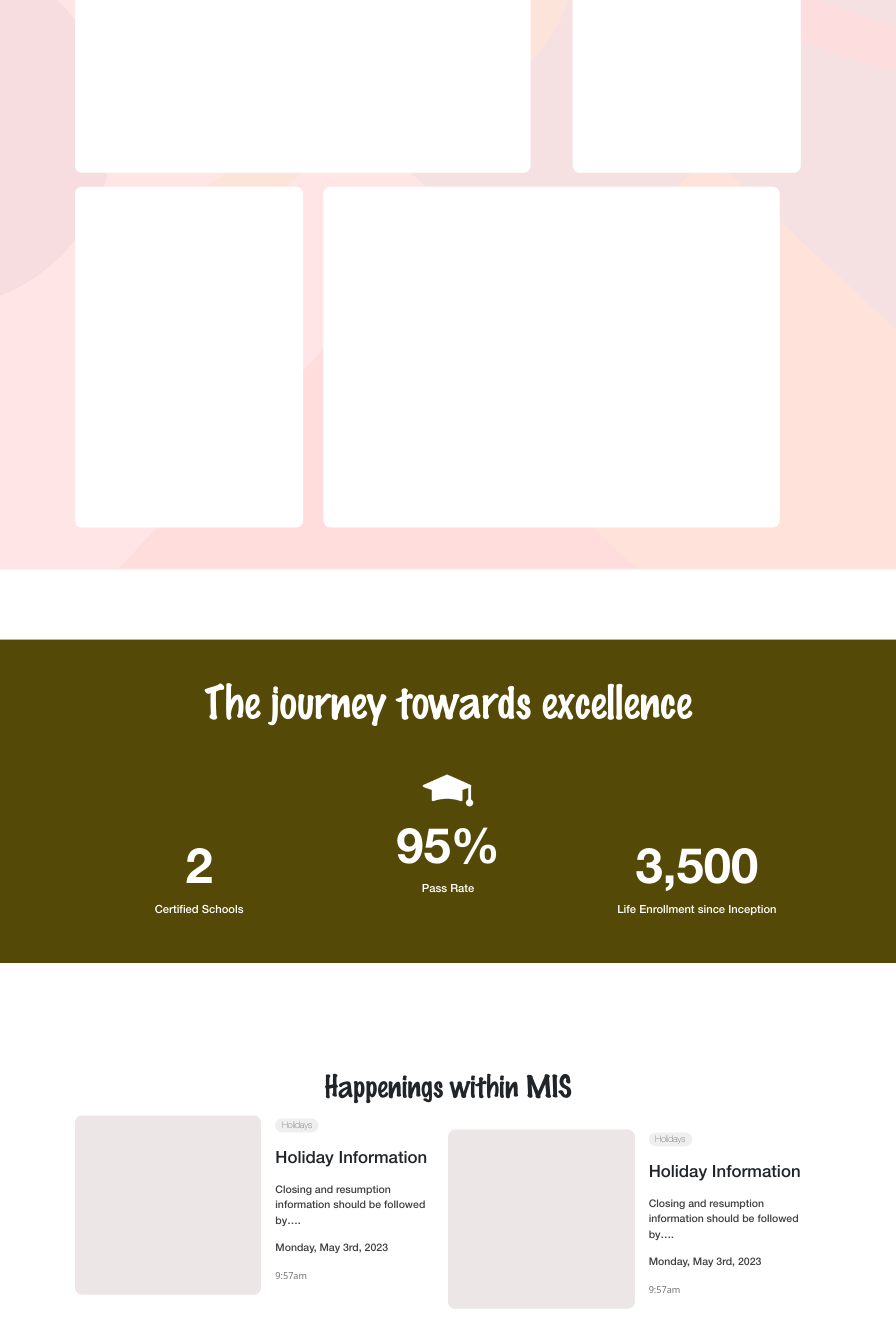
Repository: sarahnnanyelugo/MIGS
Page: /
The author's editor kept a copy of each file at every save. The page is drawn from the files as they stood at one save, then again after the next save.
The browser window is 1280 px wide. The pictures show the part of the page from y = 3144 to 5064 px (the page is 5064 px tall before and 5054 px after), at 70% of full size.
The project was rebuilt for these pictures with package versions that can differ from the ones it lists, and the page was loaded fresh each time.

Above is the page before, as saved 2023-05-30 13:49:55.

### src/App.scss
@font-face {
  font-family: maker;
  src: url(./assets/fonts/marker-felt/Marker-Felt.ttf);
}
@font-face {
  font-family: helveticaB;
  src: url(./assets/fonts/helvetica/HelveticaNeueBold.ttf);
}
@font-face {
  font-family: helveticaM;
  src: url(./assets/fonts/helvetica/HelveticaNeueMedium.ttf);
}
@font-face {
  font-family: helveticaR;
  src: url(./assets/fonts/helvetica/HelveticaNeueRegular.ttf);
}

h1,
h2,
h3,
h4,
h5,
h6 {
  font-family: maker;
}

### src/pages/Home/Home.js
import React from "react";
import { AppModal } from "../../components/AppModal/AppModal";
import LandingImg from "../../assets/images/table.jpeg";
import Grad from "../../assets/images/grad.png";
import "./home.scss";
import CountUp from "react-countup";
import { Link } from "react-router-dom";

function Home() {
  return (
    <>
      <div className="col-md-12 landing-img">
        {/* <img
          className="tech-logo"
          src={LandingImg}
          alt="Scholar"
          width="100%"
        />{" "} */}
        <div className="centered col-md-5 offset-md-1">
          <h1>Excellence is our birthright</h1>
        </div>
      </div>
      <center>
        <div className="col-md-12 welcome-div">
          <div className="col-md-7 welcome-header mtt">
            <h1>Welcome to Montessori International Group of Schools</h1>
          </div>
          <div className="col-md-5 mt3 welcome-paragraph">
            <p>
              {" "}
              On behalf of the Management and staff of Montessori International
              School, we welcome you to our website. We are grateful for another
              opportunity to offer you our best and are dedicated to ensuring
              that your child grows up balanced in all endeavours of life and
              not just academically.
            </p>
          </div>
        </div>
      </center>

      <div className="col-md-10 offset-md-1 section-div">
        <center>
          <h1>Our School Sections</h1>
        </center>
        <div className="col-md-12 flexy">
          <div className="col-md-4">
            <div className="col-md-11 sections-container early-years">
              {/* <img
          className="tech-logo"
          src={LandingImg}
          alt="Scholar"
          width="100%"
        />{" "} */}
              <div class="bottom-left col-md-1">
                <h2>Early Years</h2>
              </div>
            </div>
          </div>{" "}
          <div className="col-md-4">
            <div className="col-md-11 sections-container primary">
              {/* <img
          className="tech-logo"
          src={LandingImg}
          alt="Scholar"
          width="100%"
        />{" "} */}
              <div class="bottom-left col-md-1">
                {" "}
                <h2>Primary School</h2>
              </div>
            </div>
          </div>{" "}
          <div className="col-md-4">
            <div className="col-md-11 sections-container special ">
              {/* <img
          className="tech-logo"
          src={LandingImg}
          alt="Scholar"
          width="100%"
        />{" "} */}
              <div class="bottom-left col-md-1">
                {" "}
                <h2>Special Education</h2>
              </div>
            </div>
          </div>
        </div>
      </div>
      <div className="col-md-8 offset-md-3 flexy">
        <div className="col-md-5">
          <div className="col-md-11 sections-container junior ">
            {/* <img
          className="tech-logo"
          src={LandingImg}
          alt="Scholar"
          width="100%"
        />{" "} */}
            <div class="bottom-left col-md-1">
              {" "}
              <h2>Special Education</h2>
            </div>
          </div>
        </div>
        <div className="col-md-5">
          <div className="col-md-11 sections-container senior ">
            {/* <img
          className="tech-logo"
          src={LandingImg}
          alt="Scholar"
          width="100%"
        />{" "} */}
            <div class="bottom-left col-md-1">
              {" "}
              <h2>Special Education</h2>
            </div>
          </div>
        </div>
      </div>
      <div className="col-md-12 birthright-div">
        <center>
          <div className="col-md-6">
            <h1>
              Excellence is our<span>BIRTHRIGHT</span>
            </h1>
            <p>
              On behalf of the Management and staff of Montessori International
              School, we welcome you to our website. We are grateful for another
              opportunity to offer you our best and are dedicated to ensuring
              that your child grows up balanced in all endeavours of life and
              not just academically.
            </p>
          </div>
        </center>
        <div className="col-md-10 offset-md-1 flexy">
          <div className="col-md-8 ">
            <div className="col-md-11 img-div">
              {" "}
              {/* <img
          className="tech-logo"
          src={LandingImg}
          alt="Scholar"
          width="100%"
        />{" "} */}
            </div>
          </div>{" "}
          <div className="col-md-4 ">
            <div className="col-md-11 img-div">
              {" "}
              {/* <img
          className="tech-logo"
          src={LandingImg}
          alt="Scholar"
          width="100%"
        />{" "} */}
            </div>
          </div>
        </div>{" "}
        <div className="col-md-10 offset-md-1 flexy mt2">
          {" "}
          <div className="col-md-4 ">
            <div className="col-md-11 img-div">
              {" "}
              {/* <img
          className="tech-logo"
          src={LandingImg}
          alt="Scholar"
          width="100%"
        />{" "} */}
            </div>
          </div>
          <div className="col-md-8 ">
            <div className="col-md-11 img-div">
              {" "}
              {/* <img
          className="tech-logo"
          src={LandingImg}
          alt="Scholar"
          width="100%"
        />{" "} */}
            </div>
          </div>{" "}
        </div>
      </div>
      <div className="col-md-12 stats-div">
        <center>
          <h1>The journey towards excellence</h1>
        </center>
        <div className="col-md-10 offset-md-1 flexy">
          {" "}
          <div className="col-md-4 mtt stats">
            <center>
              {" "}
              <h1>
                {" "}
                <CountUp
                  start={0}
                  end={2}
                  duration={3}
                  decimal=""
                  prefix=" "
                  suffix=""
                  enableScrollSpy={true}
                />
              </h1>
              <p>Certified Schools</p>
            </center>
          </div>{" "}
          <div className="col-md-4 mt5 stats">
            <center>
              <img className="tech-logo" src={Grad} alt="Scholar" width="20%" />{" "}
              <h1>
                {" "}
                <CountUp
                  start={0}
                  end={95}
                  duration={3}
                  decimal=""
                  prefix=" "
                  suffix="%"
                  enableScrollSpy={true}
                />
              </h1>
              <p>Pass Rate</p>
            </center>
          </div>{" "}
          <div className="col-md-4 mtt stats">
            <center>
              {" "}
              <h1>
                {" "}
                <CountUp
                  start={0}
                  end={3500}
                  duration={3}
                  decimal=""
                  prefix=" "
                  suffix=""
                  enableScrollSpy={true}
                />
              </h1>
              <p>Life Enrollment since Inception</p>
            </center>
          </div>
        </div>
      </div>
      <div className="col-md-10 offset-md-1 news-div mtt">
        <center>
          <h1>Happenings within MIS</h1>
        </center>
        <div className="flexy mt2">
          <div className="col-md-6 flexy">
            <div className="col-md-6 img-div2"></div>
            <div className="col-md-6 news-details">
              <button className="holidays">Holidays</button>
              <h4>Holiday Information</h4>
              <Link className="normal-link" to={"/"}>
                <p>
                  Closing and resumption information should be followed by….
                </p>
              </Link>
              <p>Monday, May 3rd, 2023</p>
              <small>9:57am</small>
            </div>
          </div>
          <div className="col-md-6 flexy mt2">
            <div className="col-md-6 img-div2"></div>
            <div className="col-md-6 news-details">
              <button className="events">Holidays</button>
              <h4>Holiday Information</h4>
              <Link className="normal-link" to={"/"}>
                <p>
                  Closing and resumption information should be followed by….
                </p>
              </Link>
              <p>Monday, May 3rd, 2023</p>
              <small>9:57am</small>
            </div>
          </div>
        </div>
      </div>
      <div>
        <AppModal />
      </div>
    </>
  );
}

export default Home;

### src/components/NavBar/NavBar.jsx
import React, { useEffect, useState, useRef } from "react";
import { Link, NavLink } from "react-router-dom";
import "./_navbar.scss";
import { useLocation } from "react-router-dom";
// import Icofont from "react-icofont";
import Logo from "../../assets/images/logo2.png";

function NavBar() {
  return (
    <>
      <div className="nav-container col-md-10 offset-md-1">
        {" "}
        <div className=" col-md-1 tech-logo-div">
          {" "}
          <img className="tech-logo" src={Logo} alt="Scholar" width="60%" />
        </div>
        <ul className="list-inline list-unstyled ">
          <li className="list-inline-item">
            <NavLink className="tech-links cool-link" to={"/"}>
              About
            </NavLink>
          </li>
          <li className="list-inline-item">
            <NavLink className="tech-links cool-link">Admission</NavLink>
          </li>
          <li className="list-inline-item">
            <NavLink className="tech-links cool-link">Academics</NavLink>
          </li>
          <li className="list-inline-item">
            <NavLink className="tech-links cool-link">IEC</NavLink>
          </li>{" "}
          <li className="list-inline-item">
            <NavLink className="tech-links cool-link">E-shop</NavLink>
          </li>
          <li className="list-inline-item">
            <NavLink className="tech-links cool-link">Gallery</NavLink>
          </li>
          <li className="list-inline-item">
            <button className="nav-btn">e-portal</button>
          </li>
        </ul>
      </div>
    </>
  );
}

export default NavBar;

### src/pages/Home/home.scss
@import "../../variables";
@import "../../shared-styles";
.landing-img {
  position: relative;
  text-align: left;
  color: #fff;
  height: 800px;
  background-color: grey;
}
.centered {
  position: absolute;
  top: 50%;
  left: 20%;

  transform: translate(-50%, -50%);
  h1 {
    font-size: 114px !important;
  }
}
.welcome-header {
  color: #707070;

  h1 {
    font-size: 60px;
  }
}
.welcome-paragraph {
  p {
    color: #707070;
    font-family: helveticaM;
  }
}
.welcome-div {
  height: 800px;
  background: url("../../assets/images/curly.png");
  background-size: contain;
  background-repeat: no-repeat;
}
.section-div {
  margin-top: -280px;

  h1 {
    font-size: 60px;
    color: #707070;
  }
}
.sections-container {
  position: relative;
  text-align: center;
  margin-bottom: 50px;
  border-radius: 10px;
  height: 358px;
}
.bottom-left {
  position: absolute;
  bottom: 8px;
  left: 16px;
}
.early-years {
  background: #ff5252;
  color: #fff;
}
.primary {
  background: #f2e15f;
  color: #000;
}
.special {
  background: #838383;
  color: #fff;
}
.junior {
  background: #2ebbef;
  color: #fff;
}
.senior {
  background: #30eaa9;
  color: #000;
}
.birthright-div {
  background: url("../../assets/images/pink-bg.png");
  background-size: cover;
  background-repeat: no-repeat;
  padding: 60px 0;
  margin: 100px 0;
  h1 {
    margin-bottom: 20px;
  }
  span {
    color: $red;
    font-size: 60px;
  }
  color: #707070;
  p {
    font-family: helveticaM;
    margin-bottom: 100px;
  }
  .img-div {
    height: 487px;
    border-radius: 10px;
    background: #fff;
  }
}
.stats-div {
  background: #554907;
  padding: 50px 0;
  h1 {
    color: #fff;
    font-size: 60px;
    // margin-bottom: 40px;
  }
  .stats {
    h1 {
      color: #fff;
      font-size: 70px;
      font-family: helveticaB;
    }
    p {
      color: #fff;
      font-family: helveticaM;
    }
  }
}
.news-div {
  margin-bottom: 50px;
  .img-div2 {
    background: #ede6e6;
    border-radius: 10px;
    height: 256px;
  }
  .news-details {
    padding: 0 0 0 20px;
    h4 {
      font-family: helveticaM;
      margin: 20px 0;
    }
    button {
      border: none;
      width: 62px;
      height: 20px;
      font-size: 13px;
      font-family: helveticaR;
      border-radius: 35px;
    }
    p {
      font-family: helveticaM;
      color: #414040;
      font-size: 15px;
    }
    small {
      font-size: 13px;
      color: #707070;
    }
  }
}

### src/components/NavBar/_navbar.scss
@import "../../variables";
@import "../../shared-styles";

.nav-container {
  display: flex;
  padding-top: 20px;
  position: relative;
  z-index: 2 !important;
  padding-bottom: 0;
  height: 90px;
  background-color: #fff !important;
  ul li {
    margin-top: 0px !important;
  }
  .nav-btn {
    @include app-btn;
    padding: 8px 40px;
    // margin-top: 0 !important;
    border: none;
  }
  .tech-logo-div {
    flex-grow: 1 !important;
    margin-top: -10px;
  }
  .tech-links {
    color: #000;
    text-decoration: none;
    font-family: helveticaM;
    margin: 0px 28px !important;
    &:hover {
      color: $red;
    }
  }
}

### src/_variables.scss
$yellow: rgb(255, 210, 16);
$red: #ff5252;
$skyblue: rgb(83, 180, 242);
$lightblue: rgb(12, 99, 177);
$lightblue2: rgb(12, 88, 160);
$lighterblue: rgb(211, 236, 252);
$deepblue2: rgb(0, 79, 157);
$mainblue: rgb(1, 71, 141);

@mixin app-btn {
  color: #fff;
  border-radius: 35px;
  padding: 8px 130px;
  font-size: 14px;
  background: $red;

  font-family: helveticaM;
  &:hover {
    background: #c90e0e;
    transition: 0.5s ease;
  }
}

### src/_shared-styles.scss
@import "./variables";

@media screen and (max-width: 620px) {
  .flexyM {
    display: flex !important;
  }
  .side-menu {
    display: none !important;
  }
  .page-body {
    padding: 20px;
  }

  .dn {
    display: none;
  }
  .holder img {
    height: 200px;
    margin-top: 40px !important;
  }
  .overlay {
    bottom: -30px !important;
  }
  .m-margin {
    margin-top: 0 !important;
    margin-bottom: 0 !important;
  }
  .navigations {
    display: none;
  }
  .breadcrum {
    margin-top: 350px !important;
  }
}
@media screen and (min-width: 620px) {
  .flexy {
    display: flex;
  }
  .spread {
    display: flex;
  }
  // {
  //   display:none;
  // }
}

/* Container needed to position the overlay. Adjust the width as needed */
.holder {
  position: relative;
  width: 100%;
}

.side-nav2 {
  @media screen and (max-width: 620px) {
    padding: 0 10px 0;
  }
}
.br {
  border-radius: 10px;
}
.mt1 {
  margin-top: 10px;
}
.mt2 {
  margin-top: 20px;
}
.mt3 {
  margin-top: 30px;
}
.mt4 {
  margin-top: 40px;
}
.mt5 {
  margin-top: 50px;
}
.mt6 {
  margin-top: 60px;
}
.mt7 {
  margin-top: 70px;
}
.mt8 {
  margin-top: 80px;
}
.mt9 {
  margin-top: 90px;
}
.mt {
  margin-top: 120px;
}
.mtt {
  margin-top: 150px;
}
.mr1 {
  margin-right: 10px;
}
.mr2 {
  margin-right: 20px;
}
.mr3 {
  margin-right: 30px;
}
.mr4 {
  margin-right: 40px;
}
.mr5 {
  margin-right: 50px;
}
.mr6 {
  margin-right: 60px;
}
.mr7 {
  margin-right: 70px;
}
.mb1 {
  margin-bottom: 10px;
}
.mb2 {
  margin-bottom: 20px;
}
.mb3 {
  margin-bottom: 30px;
}
.mb4 {
  margin-bottom: 40px;
}
.mb5 {
  margin-bottom: 50px;
}
.mb6 {
  margin-bottom: 60px;
}
.ml2 {
  margin-left: 20px;
}
.ml3 {
  margin-left: 30px;
}
.ml4 {
  margin-left: 40px;
}
.ml5 {
  margin-left: 50px;
}
.ml6 {
  margin-left: 60px;
}

.app-btn {
  @include app-btn;
  width: 100% !important;
}
.tac {
  text-align: center;
}
.normal-link {
  font-family: helveticaM;
  color: black !important;
  text-decoration: none;
}

Loaded but not shown: public/index.html (common file); src/index.css (common file); src/reportWebVitals.js (common file); src/components/scrollToTop.js (common file); src/components/AppModal/AppModal.js (60 lines, source omitted); src/App.js (24 lines, source omitted); src/index.js (18 lines, source omitted); src/components/AppModal/_app-modal.scss (464 lines, source omitted)

After the next save:
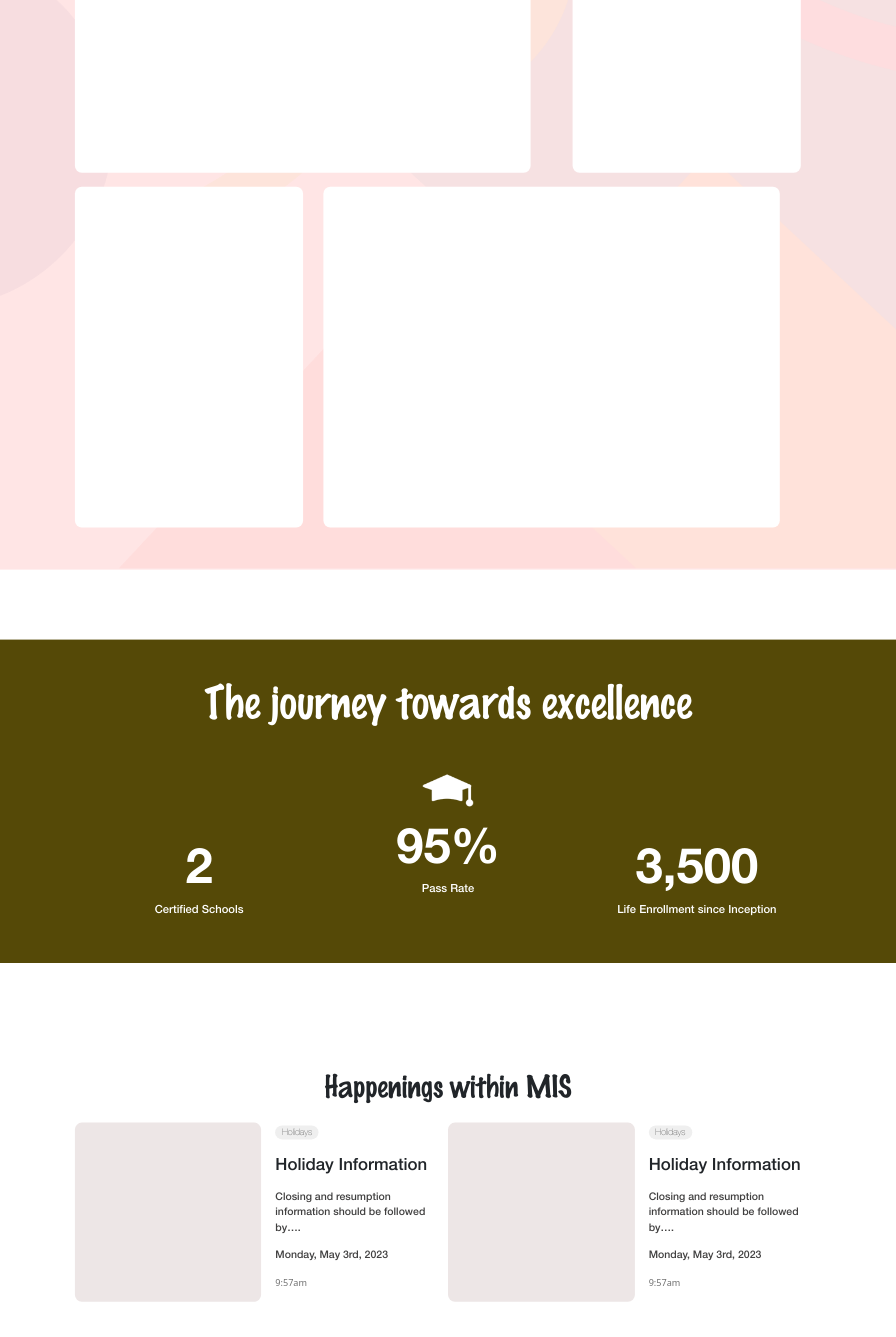
Saved 16 s later.
--- a/src/pages/Home/Home.js
+++ b/src/pages/Home/Home.js
@@ -247,7 +247,7 @@ function Home() {
         <center>
           <h1>Happenings within MIS</h1>
         </center>
-        <div className="flexy mt2">
+        <div className="flexy mt3">
           <div className="col-md-6 flexy">
             <div className="col-md-6 img-div2"></div>
             <div className="col-md-6 news-details">
@@ -262,7 +262,7 @@ function Home() {
               <small>9:57am</small>
             </div>
           </div>
-          <div className="col-md-6 flexy mt2">
+          <div className="col-md-6 flexy mt23">
             <div className="col-md-6 img-div2"></div>
             <div className="col-md-6 news-details">
               <button className="events">Holidays</button>
